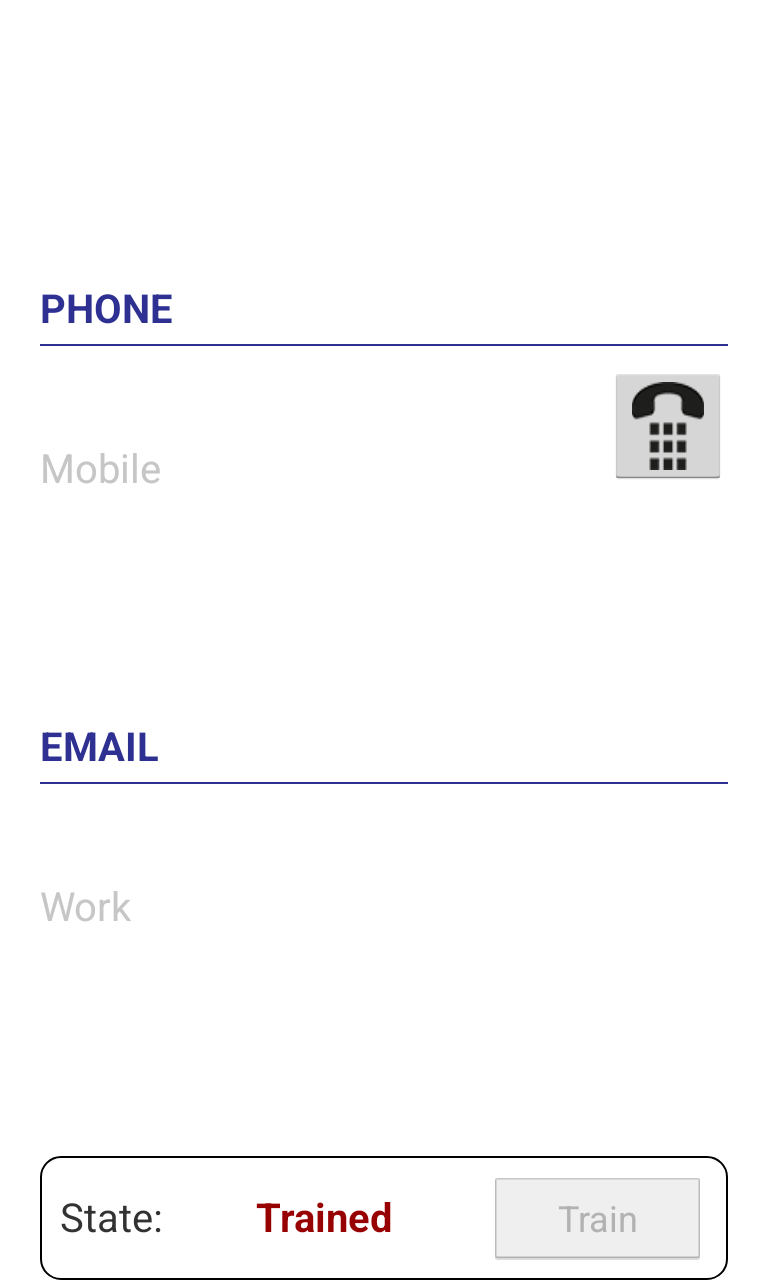
Repository: GitDidNotExitCleanly/FaceLabel
Layout: FaceLabel/res/layout/fragment_member_display.xml
An editor plug-in stored every save of this project. The layout is shown before and after the next save, followed by the edit.
It is drawn on a 768 x 1280 px phone screen (xhdpi) without system bars, with theme AppTheme; the app's code is not run.

Above is the layout before, as saved 2015-05-12 17:16:07.

### FaceLabel/res/layout/fragment_member_display.xml
<LinearLayout xmlns:android="http://schemas.android.com/apk/res/android"
    xmlns:tools="http://schemas.android.com/tools"
    android:layout_width="match_parent"
    android:layout_height="match_parent"
    android:gravity="center"
    android:orientation="vertical"
    android:paddingLeft="20dp"
    android:paddingRight="20dp"
    tools:context="com.facelabel.contacts.member.MemberDisplayFragment" >

    <LinearLayout
        android:layout_width="match_parent"
        android:layout_height="wrap_content"
        android:layout_marginBottom="20dp"
        android:layout_marginTop="20dp"
        android:gravity="center" >

        <ImageView
            android:id="@+id/activity_member_photo"
            android:layout_width="100dp"
            android:layout_height="100dp"
            android:scaleType="fitXY" />

        <TextView
            android:id="@+id/activity_member_name"
            android:layout_width="0dp"
            android:layout_height="wrap_content"
            android:paddingLeft="20dp"
            android:textSize="30sp"
            android:layout_weight="1"/>

    </LinearLayout>

    <LinearLayout
        android:layout_width="match_parent"
        android:layout_height="wrap_content"
        android:layout_weight="1"
        android:orientation="vertical" >

        <TextView
            android:layout_width="wrap_content"
            android:layout_height="wrap_content"
            android:text="PHONE"
            android:textStyle="bold"
            android:textColor="#2E3192"
            android:textSize="20sp" />

       	<View
			android:layout_width="fill_parent"
			android:layout_height="1dp"
			android:layout_marginTop="5dp"
			android:layout_marginBottom="10dp"
			android:background="#2E3192"/>

       	<LinearLayout
       	    android:layout_width="match_parent"
       	    android:layout_height="wrap_content"
       	    android:orientation="horizontal" >

       		<LinearLayout
       		    android:layout_width="match_parent"
       		    android:layout_height="wrap_content"
       		    android:layout_weight="1"
       		    android:orientation="vertical" >

       		    <TextView
       		        android:id="@+id/activity_member_phone"
       		        android:layout_width="wrap_content"
       		        android:layout_height="wrap_content"
       		        android:textSize="20sp" />

       		    <TextView
       		        android:layout_width="wrap_content"
       		        android:layout_height="wrap_content"
       		        android:layout_marginBottom="10dp"
       		        android:layout_marginTop="10dp"
       		        android:text="Mobile"
       		        android:textColor="#C6C6C6"
       		        android:textSize="20sp" />
       		</LinearLayout>

       		<ImageButton
       		    android:id="@+id/fragment_member_display_dial"
       		    android:layout_width="120dp"
       		    android:layout_height="60dp"
       		    android:scaleType="fitXY"
       		    android:layout_weight="1"
       		    android:src="@drawable/dial" />

       	</LinearLayout>

    </LinearLayout>

    <LinearLayout
        android:layout_width="match_parent"
        android:layout_height="wrap_content"
        android:layout_weight="1"
        android:orientation="vertical" >

        <TextView
            android:layout_width="wrap_content"
            android:layout_height="wrap_content"
            android:text="EMAIL"
            android:textStyle="bold"
            android:textColor="#2E3192"
            android:textSize="20sp" />

        <View
			android:layout_width="fill_parent"
			android:layout_height="1dp"
			android:layout_marginTop="5dp"
			android:layout_marginBottom="10dp"
			android:background="#2E3192"/>

       	<LinearLayout
            android:layout_width="match_parent"
            android:layout_height="wrap_content"
            android:orientation="vertical" >

            <TextView
				android:id="@+id/activity_member_email"
                android:layout_width="wrap_content"
                android:layout_height="wrap_content"
                android:textSize="20sp" />

            <TextView
                android:layout_width="wrap_content"
                android:layout_height="wrap_content"
                android:layout_marginTop="10dp"
                android:layout_marginBottom="10dp"
                android:textColor="#C6C6C6"
                android:text="Work"
                android:textSize="20sp" />

        </LinearLayout>

    </LinearLayout>

    <LinearLayout
        android:layout_width="match_parent"
        android:layout_height="wrap_content"
        android:paddingLeft="10dp"
        android:paddingRight="10dp"
        android:background="@drawable/group_list_background" >

        <TextView
            android:layout_width="wrap_content"
            android:layout_height="wrap_content"
            android:layout_weight="1"
            android:textSize="20sp"
            android:text="State:" />

        <TextView
            android:id="@+id/activity_member_state"
            android:layout_width="wrap_content"
            android:layout_height="wrap_content"
            android:layout_weight="1"
            android:textSize="20sp"
            android:textColor="#970102"
            android:textStyle="bold"
            android:text="Trained" />

        <Button
            android:id="@+id/activity_member_train"
            android:layout_width="wrap_content"
            android:layout_height="wrap_content"
            android:layout_weight="1"
            android:enabled="false"
            android:text="Train" />

    </LinearLayout>

</LinearLayout>

### FaceLabel/res/values/styles.xml
<resources>

    <!--
        Base application theme, dependent on API level. This theme is replaced
        by AppBaseTheme from res/values-vXX/styles.xml on newer devices.
    -->
    <style name="AppBaseTheme" parent="android:Theme.Light">
        <!--
            Theme customizations available in newer API levels can go in
            res/values-vXX/styles.xml, while customizations related to
            backward-compatibility can go here.
        -->
    </style>

    <!-- Application theme. -->
    <style name="AppTheme" parent="AppBaseTheme">
        <!-- All customizations that are NOT specific to a particular API-level can go here. -->
    </style>

    <style name="PopupMenuAnimation" parent="android:Animation">
        <item name="android:windowEnterAnimation">@anim/slide_up_dialog</item>
        <item name="android:windowExitAnimation">@anim/slide_out_down</item>
	</style>

</resources>

### FaceLabel/res/drawable-mdpi/group_list_background.xml
<?xml version="1.0" encoding="utf-8"?>
<shape xmlns:android="http://schemas.android.com/apk/res/android"
    android:shape="rectangle">
    <solid android:color="#ff0000ff"/>
    <stroke android:width="1dp" android:color="#000000" />
    <gradient
        android:startColor="#FFFFFF"
        android:endColor="#FFFFFF"/>
    <padding android:left="7dp"
        android:top="7dp"
        android:right="7dp"
        android:bottom="7dp" />
    <corners android:radius="10dp" />
</shape>

Loaded but not shown: FaceLabel/res/values-v11/styles.xml (common file); FaceLabel/res/values-v14/styles.xml (common file)

After the next save:
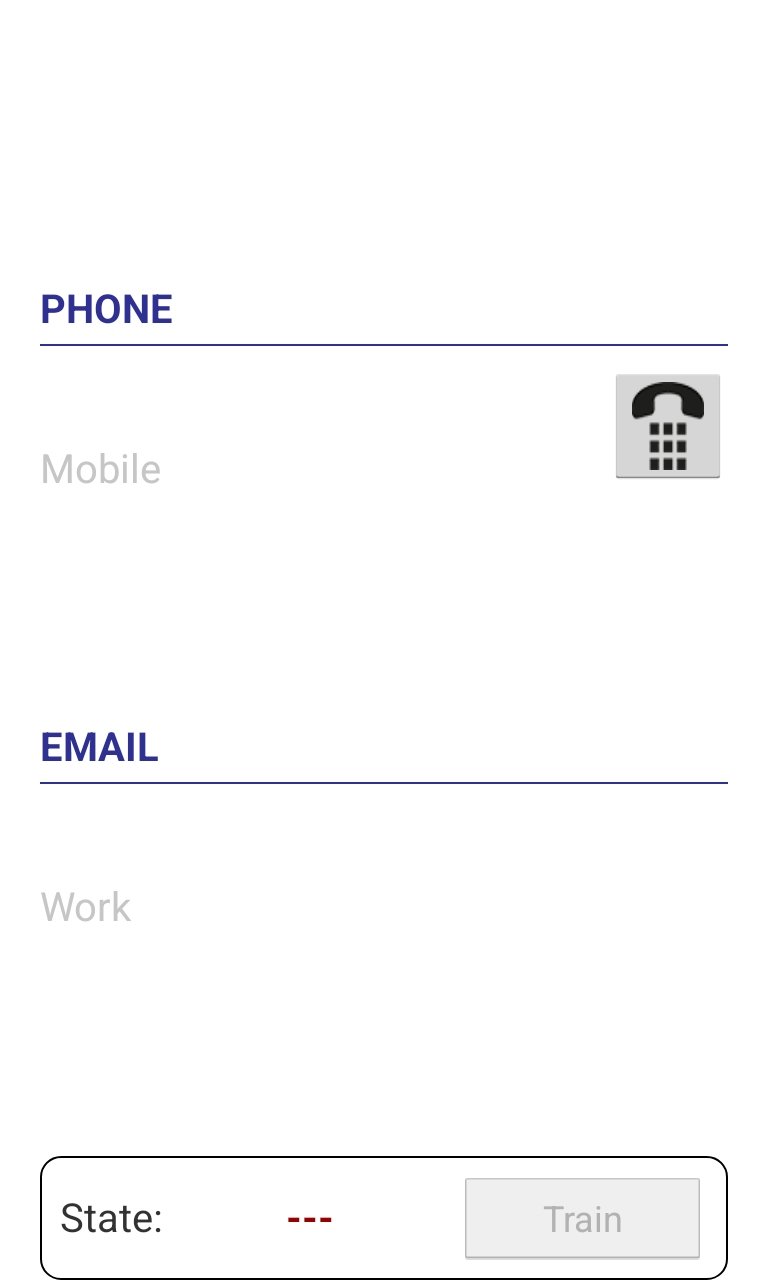
Saved 32 s later.
--- a/FaceLabel/res/layout/fragment_member_display.xml
+++ b/FaceLabel/res/layout/fragment_member_display.xml
@@ -158,7 +158,7 @@
             android:textSize="20sp"
             android:textColor="#970102"
             android:textStyle="bold"
-            android:text="Trained" />
+            android:text="---" />
 
         <Button
             android:id="@+id/activity_member_train"
